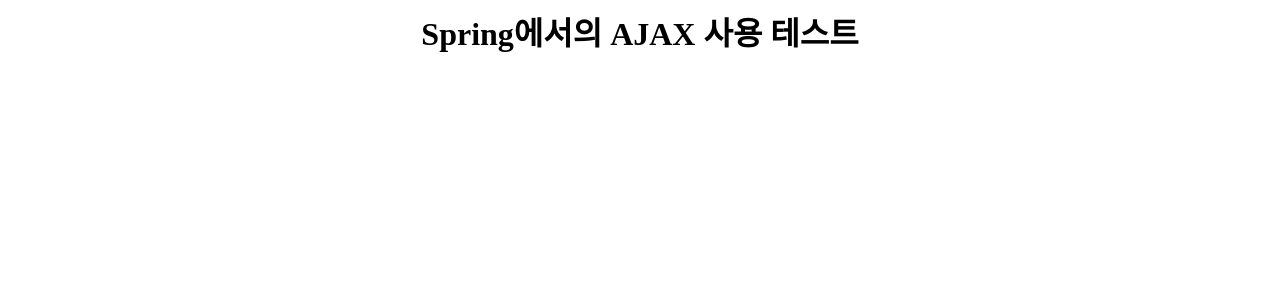
Repository: seokhwan-park/KH_workspace
Page: http://localhost/ajaxProject/home.do
These files come from the project's save history. The page is drawn as it stood at one moment and after the next save; the edit follows.
The browser window is 1280 px wide. The pictures show the whole page.
The page is served by Tomcat 9. Other server files are loaded and not shown.

Above is the page before, as saved 2020-10-06 07:36:25.

### springworkspace/ajaxProject/src/main/webapp/WEB-INF/views/home.jsp
<%@ page language="java" contentType="text/html;; charset=UTF-8" pageEncoding="UTF-8" %>
<%@ taglib uri="http://java.sun.com/jsp/jstl/core" prefix="c" %>
<%@ page session="false" %>
<html>
<head>
	<title>Home</title>
	<script src="http://code.jquery.com/jquery-3.5.1.min.js"></script>
</head>
<body>
	<h1 align="center">Spring에서의 AJAX 사용 테스트</h1>

</body>
</html>

After the next save:
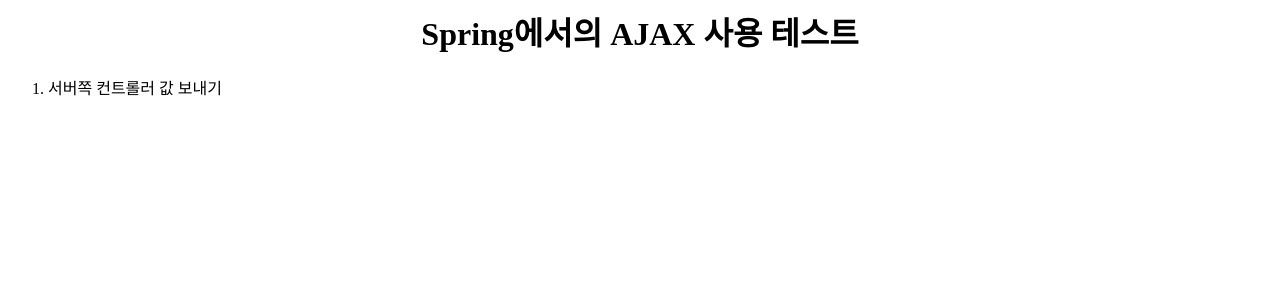
Saved 2 min 38 s later.
--- a/springworkspace/ajaxProject/src/main/webapp/WEB-INF/views/home.jsp
+++ b/springworkspace/ajaxProject/src/main/webapp/WEB-INF/views/home.jsp
@@ -9,5 +9,9 @@
 <body>
 	<h1 align="center">Spring에서의 AJAX 사용 테스트</h1>
 
+	<ol>
+		<li>서버쪽 컨트롤러 값 보내기</li>
+	</ol>
+
 </body>
 </html>
